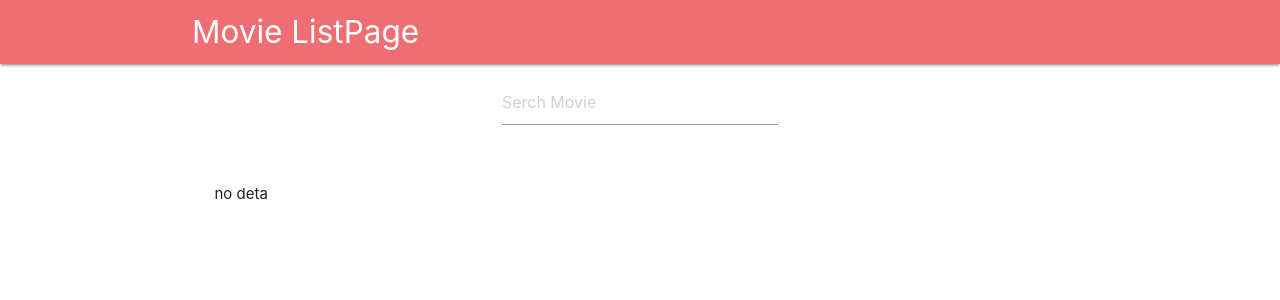
Repository: Reiya-1003/React-Ts-Node-App
Page: /
The author's editor kept a copy of each file at every save. The page is drawn from the files as they stood at one save, then again after the next save.
The browser window is 1280 px wide. The pictures show the whole page.
The project was rebuilt for these pictures with package versions that can differ from the ones it lists, and the page was loaded fresh each time.

Above is the page before, as saved 2021-11-12 15:21:48.

After the next save:
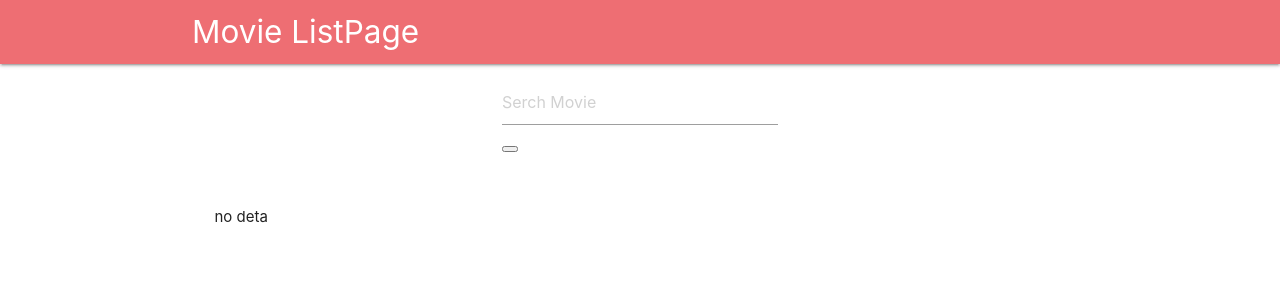
Saved 2 min 49 s later.
--- a/src/components/Searthbox.tsx
+++ b/src/components/Searthbox.tsx
@@ -45,13 +45,14 @@ const Searthbox = () => {
     <div className="container">
       <div className="row">
         <section className="col s4 offset-s4">
-          <form action="" onSubmit={handleSubmit}>
+          <form action="">
             <div className="input-field">
               <input
                 placeholder="Serch Movie"
                 type="text"
                 onChange={handleChange}
               />
+              <button></button>
             </div>
           </form>
         </section>
